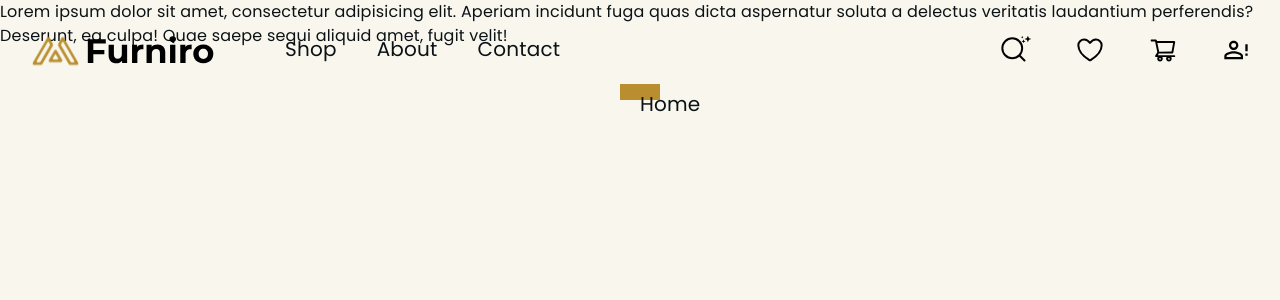
Repository: binhphanbp/furniro-interior_website
Page: index.html
These files come from the project's save history. The page is drawn as it stood at one moment and after the next save; the edit follows.
The browser window is 1280 px wide. The pictures show the whole page.

Above is the page before, as saved 2025-02-19 23:32:17.

After the next save:
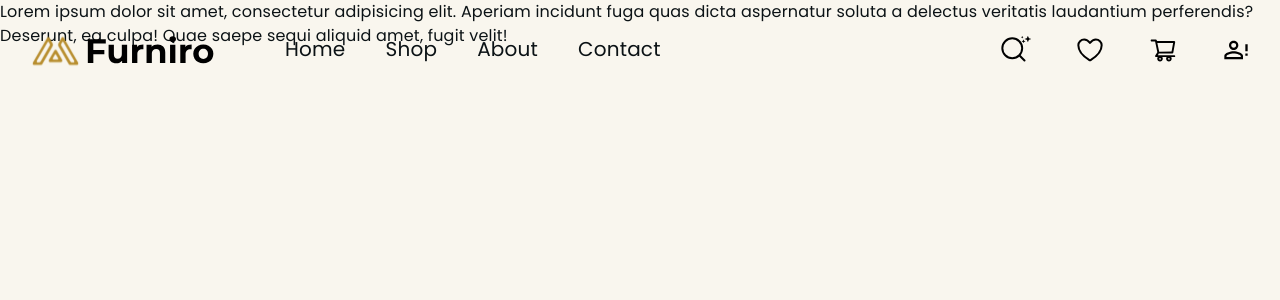
Saved 24 s later.
--- a/src/assets/styles/components/header.css
+++ b/src/assets/styles/components/header.css
@@ -58,22 +58,7 @@
 }
 .header .header__menu .header__menu-list li a:hover,
 .header .header__menu .header__menu-list li a.--active {
-  content: '';
-  display: block;
-  /* width: calc(100% - calc(var(--padding-lf) * 2)); */
-  width: 0;
-  height: 2px;
-  background-color: var(--primary-cl);
-  position: absolute;
-  bottom: 0;
-  left: 50%;
-  transform: translateX(-50%);
-
-  transition: var(--duration);
-  -webkit-transition: var(--duration);
-  -moz-transition: var(--duration);
-  -ms-transition: var(--duration);
-  -o-transition: var(--duration);
+  color: var(--main-cl);
 }
 
 /* Header Icons */
